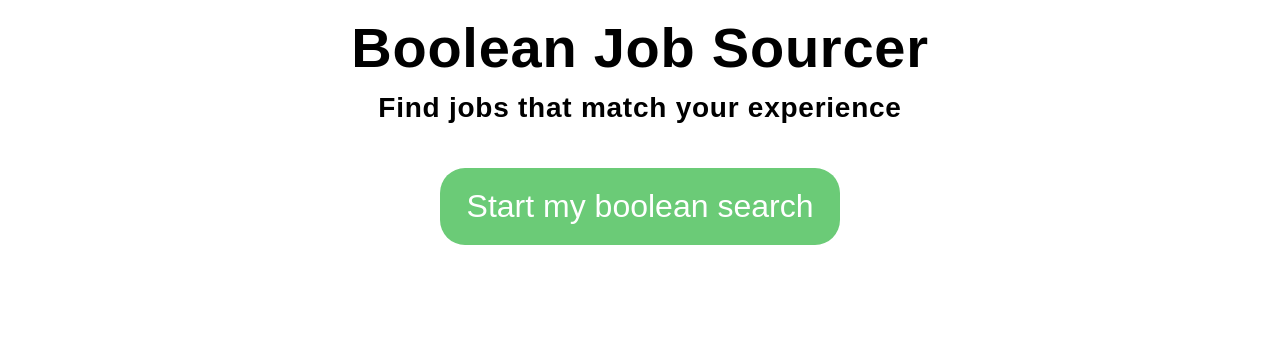
Repository: Rthompson2548/boolean-job-searcher
Page: /
These files come from the project's save history. The page is drawn as it stood at one moment and after the next save; the edit follows.
The browser window is 1280 px wide. The pictures show the whole page.
The project was rebuilt for these pictures with package versions that can differ from the ones it lists, and the page was loaded fresh each time.

Above is the page before, as saved 2022-03-26 11:28:06.

After the next save:
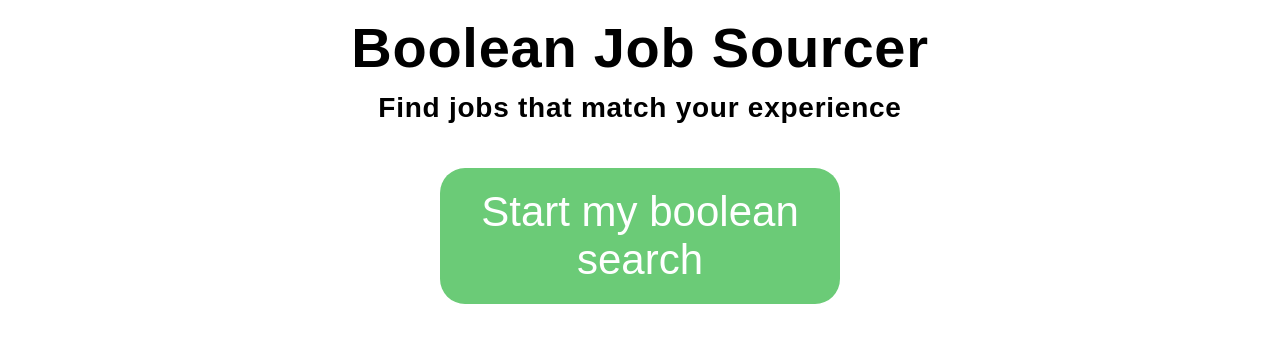
Saved 4 s later.
--- a/src/styles.css
+++ b/src/styles.css
@@ -46,7 +46,7 @@
 .start-btn {
   background-color: #6bcb77;
   color: #fff;
-  font-size: 32px;
+  font-size: 42px;
   width: 400px;
   padding: 20px 0;
 }
